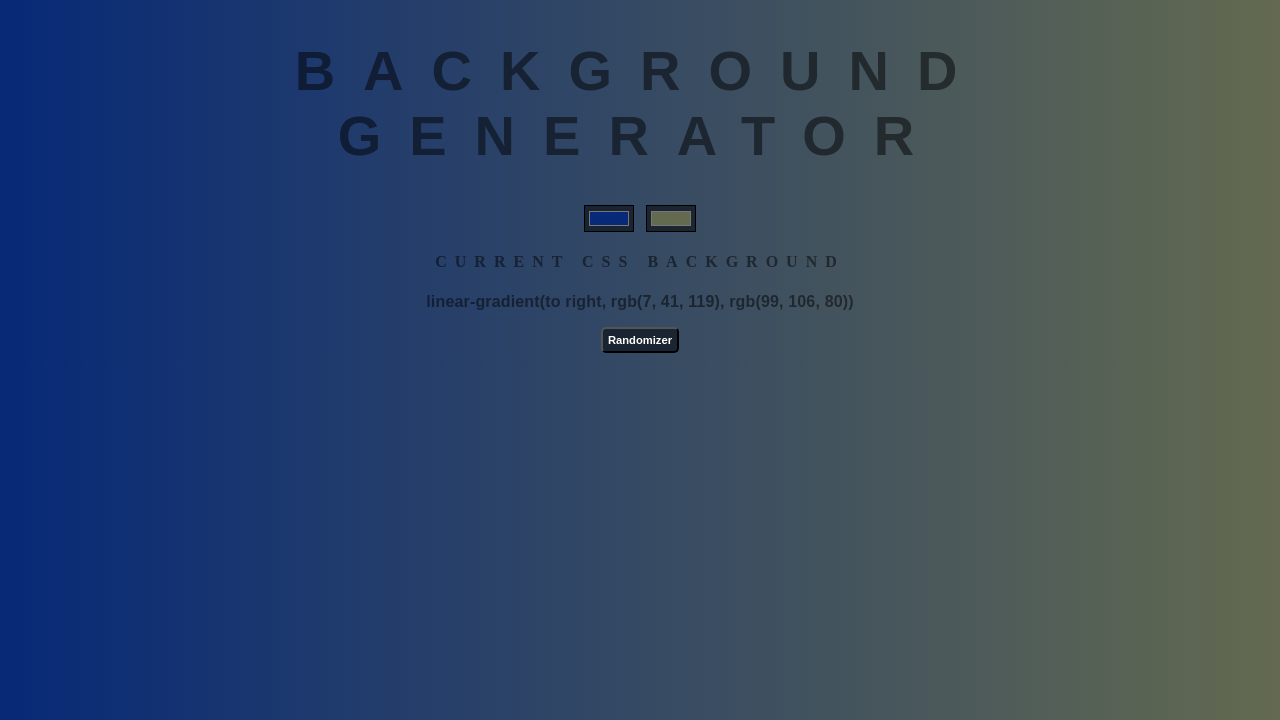
Repository: JUNX-10010/AeroAthletics-clothing
Page: React-Basics/section12-DOM_Manipulation/index.html
These files come from the project's save history. The page is drawn as it stood at one moment and after the next save; the edit follows.
The browser window is 1280 px wide. The pictures show the whole page.
After loading, the first visible `button.randomColor` was clicked once.

Above is the page before, as saved 2023-03-21 17:27:57.

### React-Basics/section12-DOM_Manipulation/index.html
<!DOCTYPE html>
<html lang="en">
<head>
    <meta charset="UTF-8">
    <meta http-equiv="X-UA-Compatible" content="IE=edge">
    <meta name="viewport" content="width=device-width, initial-scale=1.0">
    <title>Gradient Background</title>
    <link rel="stylesheet" href="/section12-DOM_Manipulation/style.css">

</head>
<body id="gradient">
    <h1>BACKGROUND GENERATOR</h1>
    <input class="color1" type="color" name="color1" value="#11ff44">
    <input class="color2" type="color" name="color2" value="#ff0900">
    <h4>CURRENT CSS BACKGROUND</h4>
    <h3></h3>


    <script src="/section12-DOM_Manipulation/script.js"></script>
</body>
</html>

### React-Basics/section12-DOM_Manipulation/style.css
body {
	font: 'Raleway', sans-serif;
    color: rgba(0,0,0,.5);
    text-align: center;
    text-transform: uppercase;
    letter-spacing: .5em;
    top: 15%;
	background: linear-gradient(to right, black , white); /* Standard syntax */
}

h1 {
    font: 600 3.5em 'Raleway', sans-serif;
    color: rgba(0,0,0,.5);
    text-align: center;
    text-transform: uppercase;
    letter-spacing: .5em;
    width: 100%;
}

h3 {
	font: 900 1em 'Raleway', sans-serif;
    color: rgba(0,0,0,.5);
    text-align: center;
    text-transform: none;
    letter-spacing: 0.01em;

}

input {
    background-color: rgba(0,0,0,.5);;
}

.randomColor {
    font: 900 0.7em 'Raleway', sans-serif;
    padding: 5px;
    border-radius: 5px;
    background-color: rgba(0,0,0,.5);
    color: white;
}
.randomColor:hover {
    background-color: rgba(0,0,0,.9);
}

### React-Basics/section12-DOM_Manipulation/script.js
var color1 = document.querySelector(".color1");
var color2 = document.querySelector(".color2");
var body = document.getElementById('gradient');
var css = document.querySelector("h3");
var randomButton = document.createElement("button");
randomButton.classList = "randomColor";
randomButton.textContent = "Randomizer";
body.append(randomButton)

function setGradient() {
    body.style.background = `linear-gradient(to right, ${color1.value} , ${color2.value})`;
    css.textContent = body.style.background;
}
// Get Random Int Function
function getRandomInt(max) {
    return Math.floor(Math.random() * max);
  }

  function colorToHex(color) {
    var hexadecimal = color.toString(16);
    return hexadecimal.length == 1 ? "0" + hexadecimal : hexadecimal;
}
function RGBtoHex(red, green, blue){
    return "#" + colorToHex(red) + colorToHex(green) + colorToHex(blue);
}

// This function handles the action after random color button clicked
function randAction() {
    rand1 = [getRandomInt(10),getRandomInt(100),getRandomInt(255)];
    rand2 = [getRandomInt(255),getRandomInt(255),getRandomInt(255)];
    body.style.background = `linear-gradient(to right, rgb(${rand1[0]},${rand1[1]},${rand1[2]}),
    rgb(${rand2.at(0)},${rand2.at(1)},${rand2.at(2)})`;
    color1.value = RGBtoHex(rand1.at(0),rand1.at(1),rand1.at(2));
    color2.value = RGBtoHex(rand2.at(0),rand2.at(1),rand2.at(2));
    css.textContent = body.style.background;

}
randomButton.addEventListener("click",randAction);
color1.addEventListener("input",setGradient);
color2.addEventListener("input",setGradient);
setGradient()

After the next save:
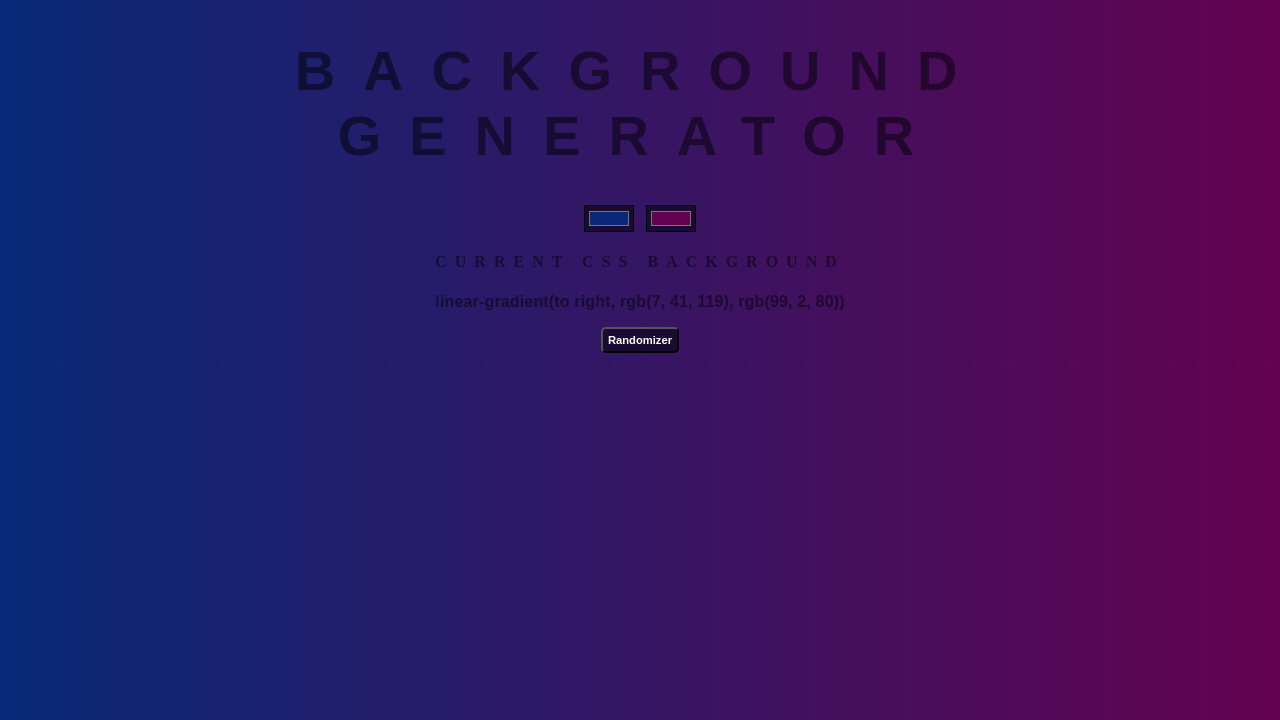
Saved 9 s later.
--- a/React-Basics/section12-DOM_Manipulation/script.js
+++ b/React-Basics/section12-DOM_Manipulation/script.js
@@ -27,7 +27,7 @@ function RGBtoHex(red, green, blue){
 // This function handles the action after random color button clicked
 function randAction() {
     rand1 = [getRandomInt(10),getRandomInt(100),getRandomInt(255)];
-    rand2 = [getRandomInt(255),getRandomInt(255),getRandomInt(255)];
+    rand2 = [getRandomInt(255),getRandomInt(5),getRandomInt(255)];
     body.style.background = `linear-gradient(to right, rgb(${rand1[0]},${rand1[1]},${rand1[2]}),
     rgb(${rand2.at(0)},${rand2.at(1)},${rand2.at(2)})`;
     color1.value = RGBtoHex(rand1.at(0),rand1.at(1),rand1.at(2));
